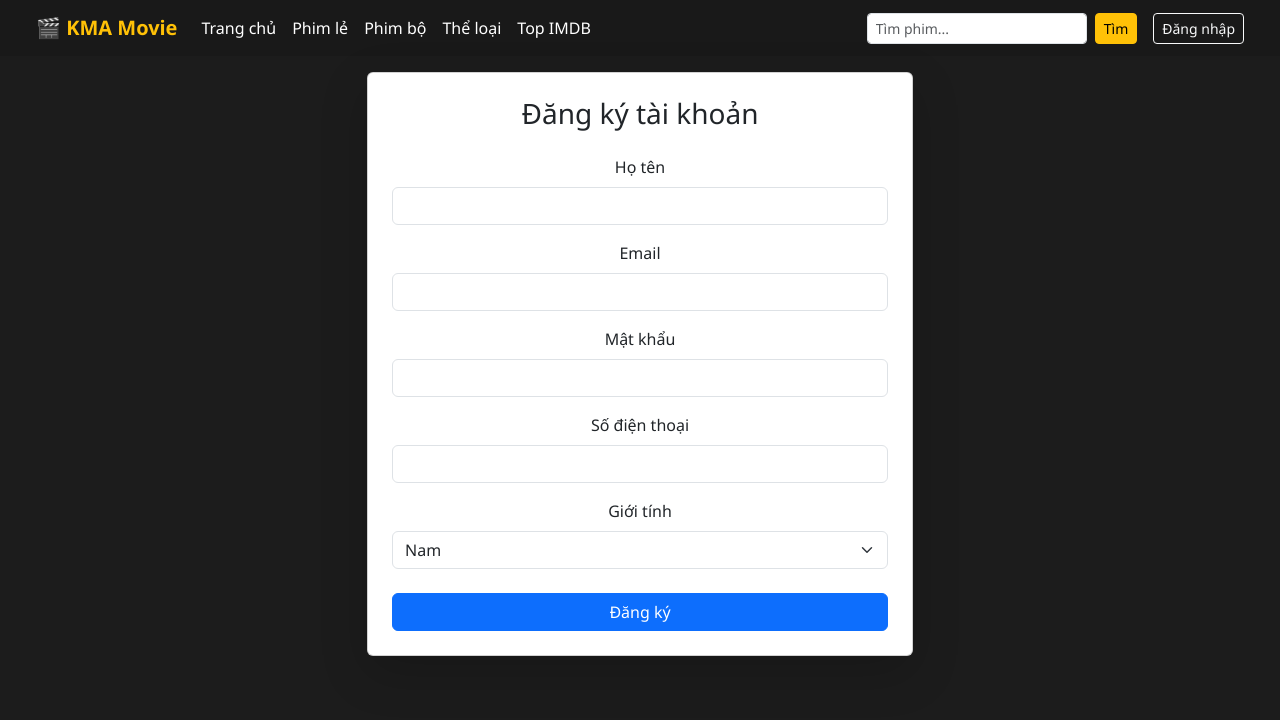
Repository: takagi2004/KMA_Nhom27_TTCS_WebXemFilm_FonEnd
Page: /dang-ky
An editor plug-in stored every save of this project. The page is shown before and after the next save, followed by the edit.
The browser window is 1280 px wide. The pictures show the whole page.
The project was rebuilt for these pictures with package versions that can differ from the ones it lists, and the page was loaded fresh each time. Also part of the build but not shown: src/layout/header/foode-narbar-carosel/Footer.tsx, src/layout/danhsachphim/Props/PhimCard.tsx, src/layout/danhsachphim/DanhSachPhim.tsx, src/api/PhimAPI.ts, src/layout/header/foode-narbar-carosel/Carousel.tsx, src/api/TheloaiApi.ts, src/layout/danhsachphim/danhsachtheloai/DanhSachTheloai.tsx, src/layout/header/Header.tsx and 6 more.

Above is the page before, as saved 2025-08-07 23:54:06.

After the next save:
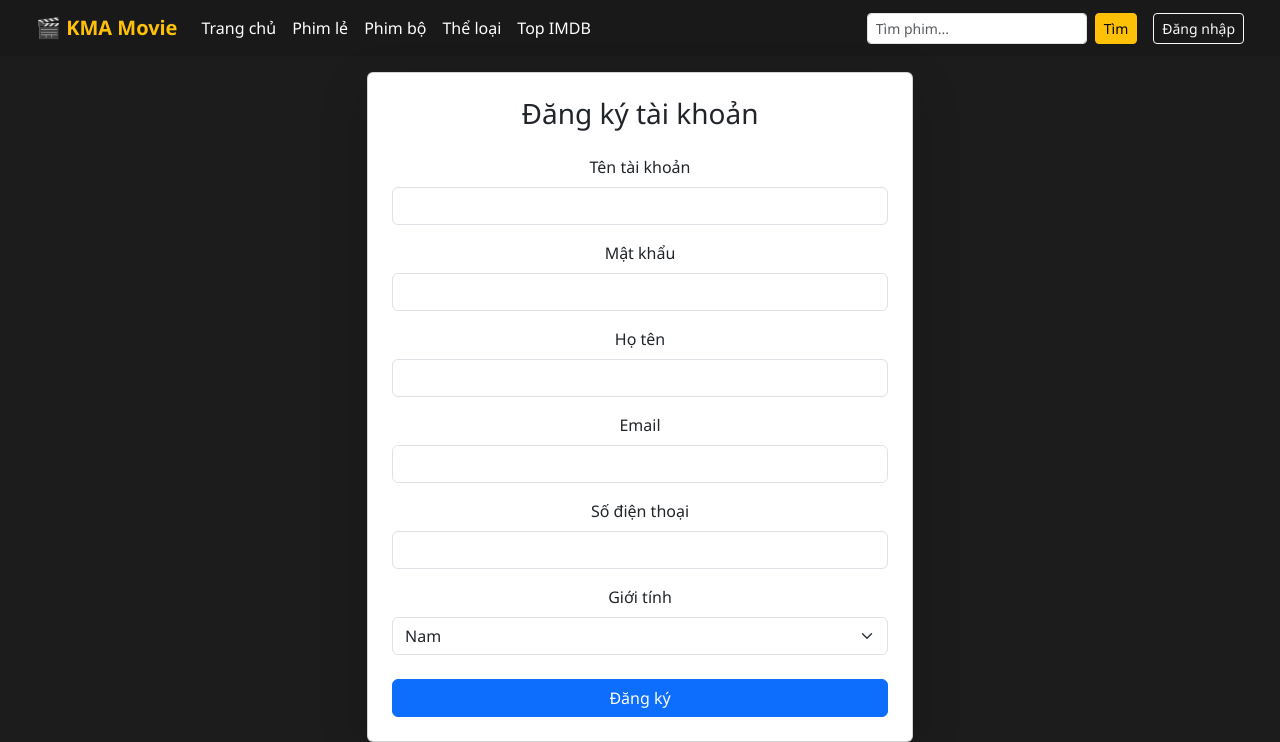
Saved 66 s later.
--- a/src/user/DangKyNguoiDung.tsx
+++ b/src/user/DangKyNguoiDung.tsx
@@ -1,22 +1,15 @@
-// src/pages/DangKyNguoiDung.tsx
 import React, { useState } from "react";
 import { DangKyAPI } from "../api/DangKyAPI";
-
-interface FormData {
-  hoTen: string;
-  email: string;
-  matKhau: string;
-  soDienThoai: string;
-  gioiTinh: string;
-}
+import { DangKyModel } from "../model/DangKyModel";
 
 const DangKyNguoiDung: React.FC = () => {
-  const [formData, setFormData] = useState<FormData>({
+  const [formData, setFormData] = useState<DangKyModel>({
+    taiKhoan: "",
+    matKhau: "",
     hoTen: "",
     email: "",
-    matKhau: "",
     soDienThoai: "",
-    gioiTinh: "Nam",
+    gioiTinh: "NAM",
   });
 
   const [thongBao, setThongBao] = useState<string>("");
@@ -49,6 +42,32 @@ const DangKyNguoiDung: React.FC = () => {
               <h3 className="text-center mb-4">Đăng ký tài khoản</h3>
               <form onSubmit={handleSubmit}>
                 <div className="mb-3">
+                  <label htmlFor="taiKhoan" className="form-label">Tên tài khoản</label>
+                  <input
+                    type="text"
+                    className="form-control"
+                    id="taiKhoan"
+                    name="taiKhoan"
+                    value={formData.taiKhoan}
+                    onChange={handleChange}
+                    required
+                  />
+                </div>
+
+                <div className="mb-3">
+                  <label htmlFor="matKhau" className="form-label">Mật khẩu</label>
+                  <input
+                    type="password"
+                    className="form-control"
+                    id="matKhau"
+                    name="matKhau"
+                    value={formData.matKhau}
+                    onChange={handleChange}
+                    required
+                  />
+                </div>
+
+                <div className="mb-3">
                   <label htmlFor="hoTen" className="form-label">Họ tên</label>
                   <input
                     type="text"
@@ -69,19 +88,6 @@ const DangKyNguoiDung: React.FC = () => {
                     id="email"
                     name="email"
                     value={formData.email}
-                    onChange={handleChange}
-                    required
-                  />
-                </div>
-
-                <div className="mb-3">
-                  <label htmlFor="matKhau" className="form-label">Mật khẩu</label>
-                  <input
-                    type="password"
-                    className="form-control"
-                    id="matKhau"
-                    name="matKhau"
-                    value={formData.matKhau}
                     onChange={handleChange}
                     required
                   />
@@ -109,9 +115,9 @@ const DangKyNguoiDung: React.FC = () => {
                     value={formData.gioiTinh}
                     onChange={handleChange}
                   >
-                    <option value="Nam">Nam</option>
-                    <option value="Nữ">Nữ</option>
-                    <option value="Khác">Khác</option>
+                    <option value="NAM">Nam</option>
+                    <option value="NU">Nữ</option>
+                    <option value="KHAC">Khác</option>
                   </select>
                 </div>
 
